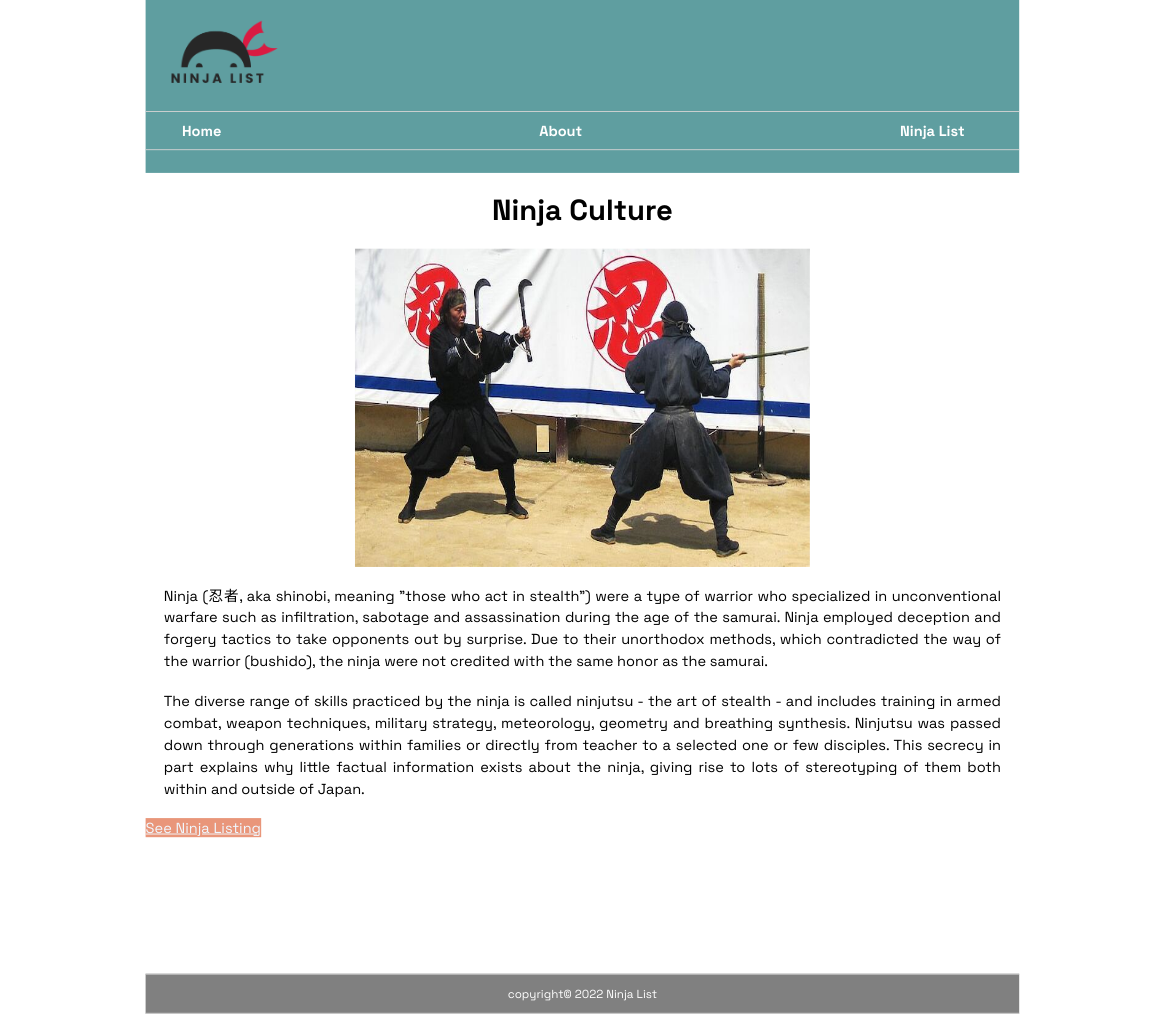
Repository: SaadYasin/ninja-list-next-training
Page: /
These files come from the project's save history. The page is drawn as it stood at one moment and after a run of saves; the edit follows.
The browser window is 1280 px wide. The pictures show the whole page, at 91% of full size.
The project was rebuilt for these pictures with package versions that can differ from the ones it lists, and the page was loaded fresh each time. The framework's server and built-in components were replaced by stand-ins that run in the browser. Also part of the build but not shown: next.config.js.

Above is the page before, as saved 2022-10-15 23:42:43.

After the next 2 saves:
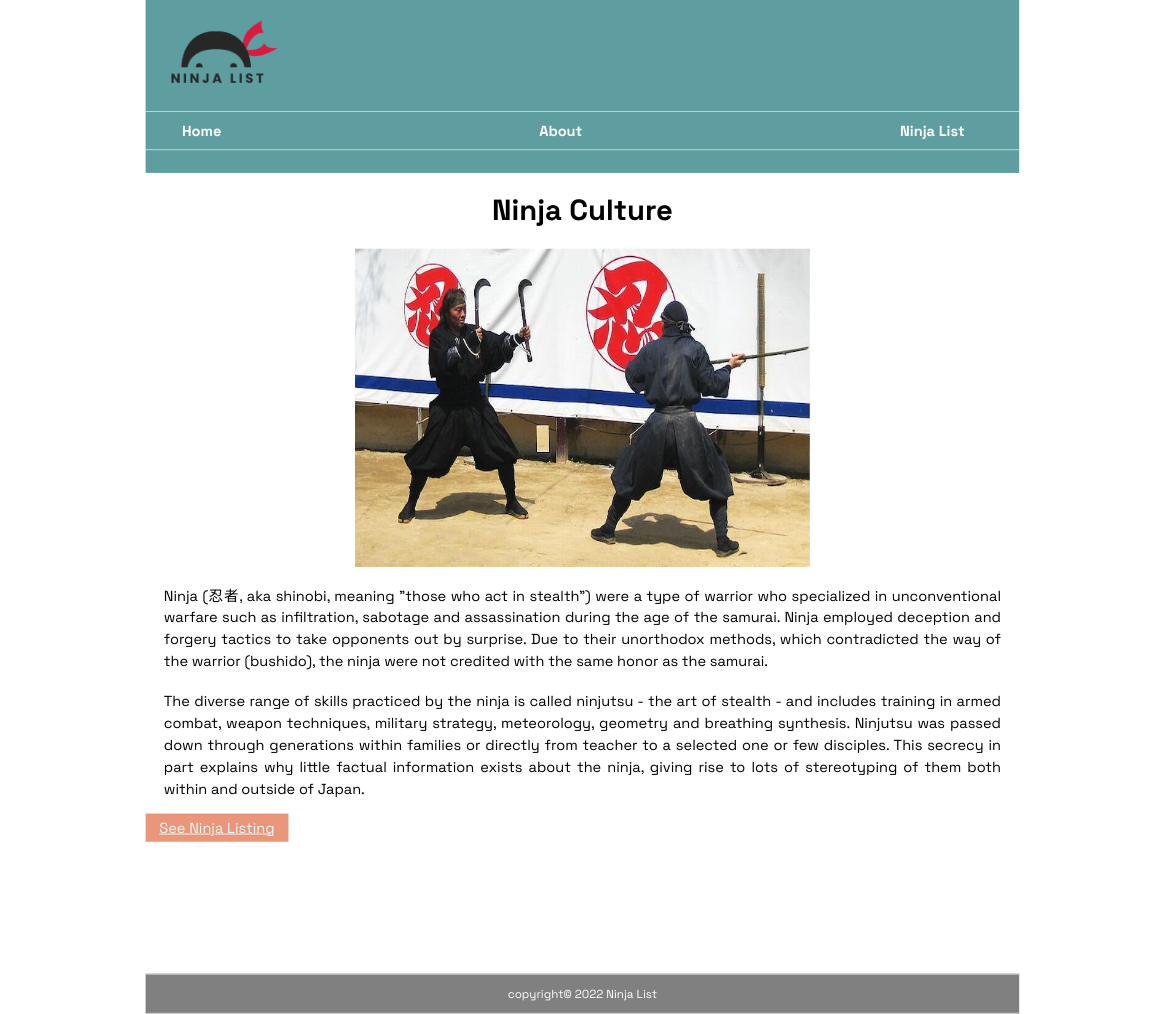
The 2 saves are shown as one change because they came seconds apart.
The last was saved 7 s later.
--- a/styles/Home.module.css
+++ b/styles/Home.module.css
@@ -16,5 +16,5 @@ justify-content: center;
 .btn {
   background: darksalmon;
   color: aliceblue;
-  padding: ;
+  padding: 5px 15px;
 }
